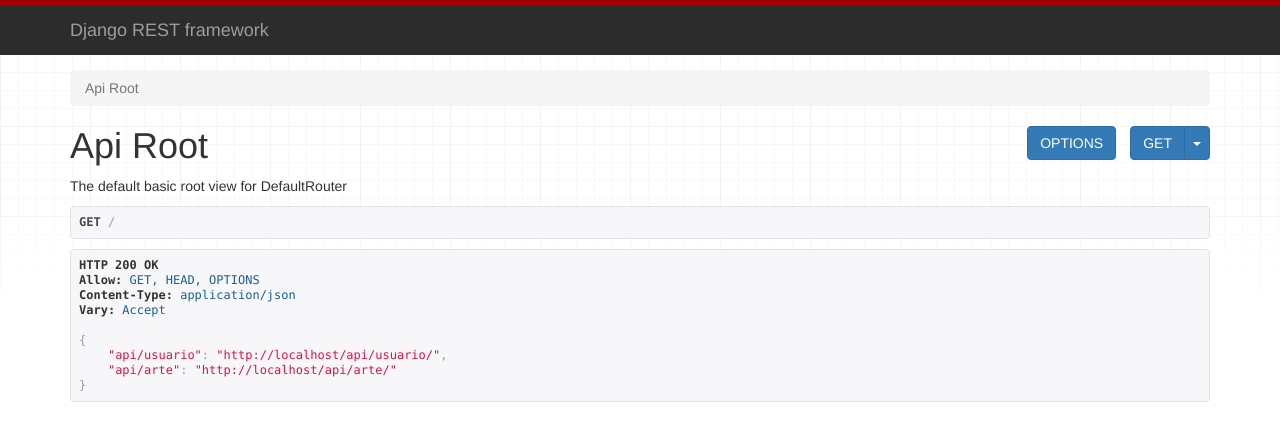
Repository: Eduloco420/django
Page: http://localhost/
The author's editor kept a copy of each file at every save. The page is drawn from the files as they stood at one save, then again after the next save.
The browser window is 1280 px wide. The pictures show the whole page.
The page is served by the project's application, run on Django 5.2 (manage.py). Other server files are loaded and not shown.

Above is the page before, as saved 2024-07-04 00:02:02.

### project/urls.py
"""
URL configuration for project project.

The `urlpatterns` list routes URLs to views. For more information please see:
    https://docs.djangoproject.com/en/5.0/topics/http/urls/
Examples:
Function views
    1. Add an import:  from my_app import views
    2. Add a URL to urlpatterns:  path('', views.home, name='home')
Class-based views
    1. Add an import:  from other_app.views import Home
    2. Add a URL to urlpatterns:  path('', Home.as_view(), name='home')
Including another URLconf
    1. Import the include() function: from django.urls import include, path
    2. Add a URL to urlpatterns:  path('blog/', include('blog.urls'))
"""
from django.contrib import admin
from django.urls import path, include

urlpatterns = [
    path('admin/', admin.site.urls),
    path('', include('app.urls'))
]

### app/urls.py
from rest_framework import routers
from .api import *

router = routers.DefaultRouter()

router.register('api/usuario', usuarioViewSet, 'usuario')
router.register('api/arte', arteViewSet, 'arte')

urlpatterns = router.urls

After the next save:
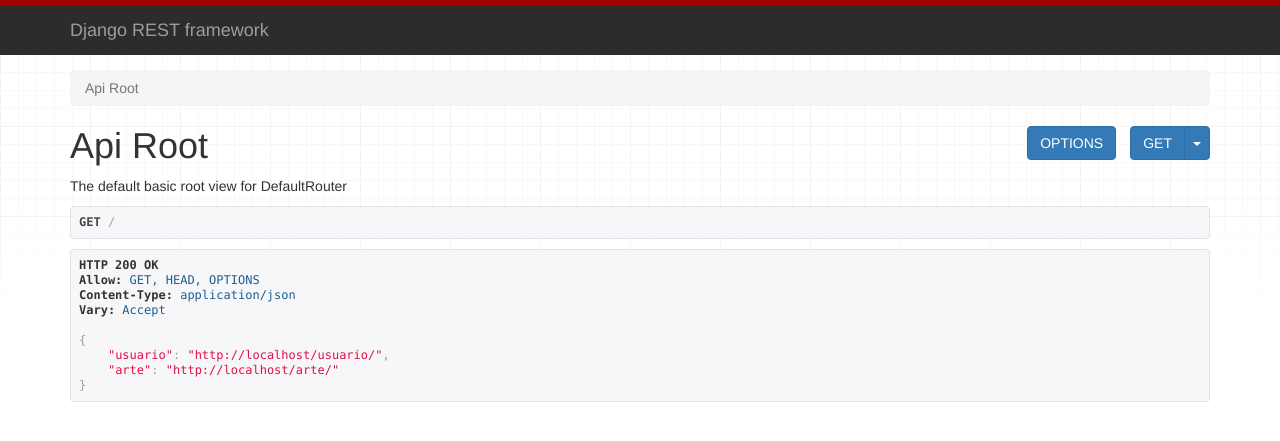
Saved 6 min 1 s later.
--- a/app/urls.py
+++ b/app/urls.py
@@ -3,7 +3,7 @@ from .api import *
 
 router = routers.DefaultRouter()
 
-router.register('api/usuario', usuarioViewSet, 'usuario')
-router.register('api/arte', arteViewSet, 'arte')
+router.register('usuario', usuarioViewSet, 'usuario')
+router.register('arte', arteViewSet, 'arte')
 
 urlpatterns = router.urls
